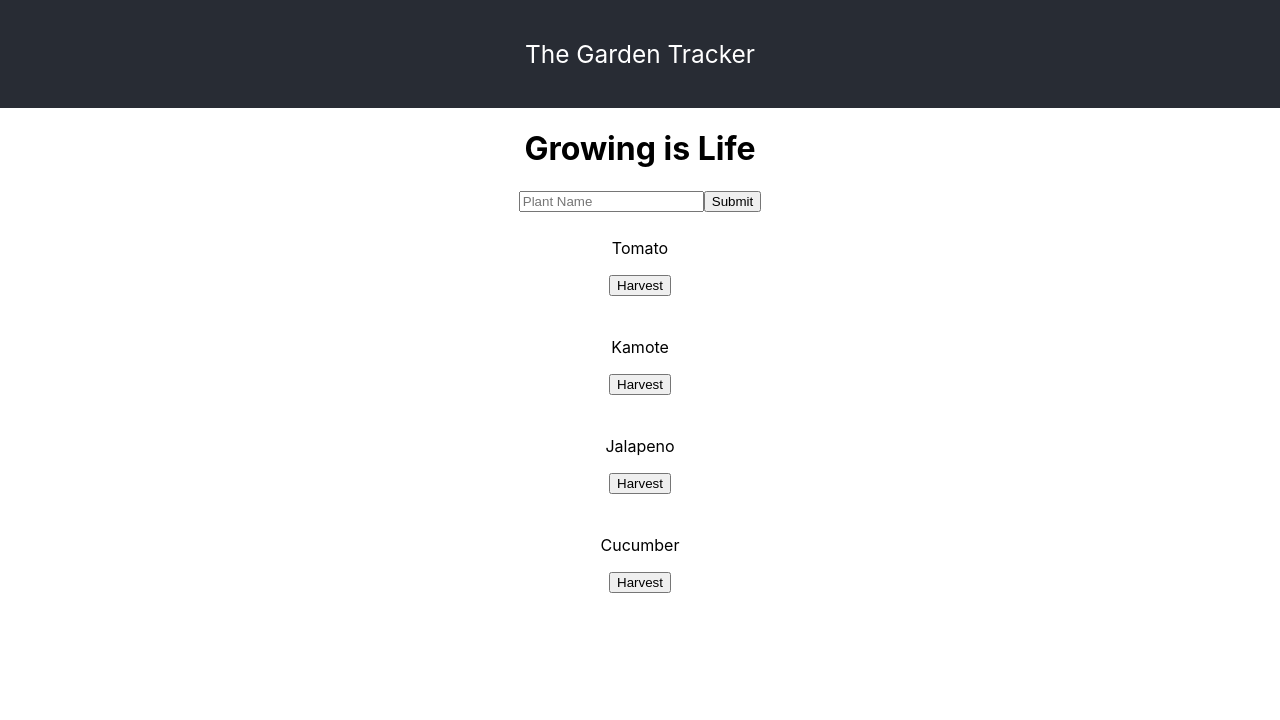
Repository: charliejp0311/gardentracker
Page: /garden
These files come from the project's save history. The page is drawn as it stood at one moment and after the next save; the edit follows.
The browser window is 1280 px wide. The pictures show the whole page.
The project was rebuilt for these pictures with package versions that can differ from the ones it lists, and the page was loaded fresh each time. Also part of the build but not shown: src/components/Harvest.js.

Above is the page before, as saved 2020-10-29 12:16:35.

### public/index.html
<!DOCTYPE html>
<html lang="en">
  <head>
    <meta charset="utf-8" />
    <link rel="icon" href="%PUBLIC_URL%/sun-svgrepo-com.svg" />
    <meta name="viewport" content="width=device-width, initial-scale=1" />
    <meta name="theme-color" content="#000000" />
    <meta
      name="description"
      content="Web site created using create-react-app"
    />
    <link rel="apple-touch-icon" href="%PUBLIC_URL%/logo192.png" />
    <!--
      manifest.json provides metadata used when your web app is installed on a
      user's mobile device or desktop. See https://developers.google.com/web/fundamentals/web-app-manifest/
    -->
    <link rel="manifest" href="%PUBLIC_URL%/manifest.json" />
    <!--
      Notice the use of %PUBLIC_URL% in the tags above.
      It will be replaced with the URL of the `public` folder during the build.
      Only files inside the `public` folder can be referenced from the HTML.

      Unlike "/favicon.ico" or "favicon.ico", "%PUBLIC_URL%/favicon.ico" will
      work correctly both with client-side routing and a non-root public URL.
      Learn how to configure a non-root public URL by running `npm run build`.
    -->
    <title>Track Your Garden</title>
  </head>
  <body>
    <noscript>You need to enable JavaScript to run this app.</noscript>
    <div id="root"></div>
    <!--
      This HTML file is a template.
      If you open it directly in the browser, you will see an empty page.

      You can add webfonts, meta tags, or analytics to this file.
      The build step will place the bundled scripts into the <body> tag.

      To begin the development, run `npm start` or `yarn start`.
      To create a production bundle, use `npm run build` or `yarn build`.
    -->
  </body>
</html>

### src/index.js
import React from 'react';
import ReactDOM from 'react-dom';
import './index.css';
import App from './App';
// import reportWebVitals from './reportWebVitals';
import reducer from './reducers/index'
import { Provider } from  'react-redux';
import { applyMiddleware, createStore } from 'redux';
// import thunk from 'redux-thunk';

let store = createStore(reducer, window.__REDUX_DEVTOOLS_EXTENSION__ && window.__REDUX_DEVTOOLS_EXTENSION__())

ReactDOM.render(
  <Provider store={store}>
    <App />
  </Provider>,
  document.getElementById('root')
);

// If you want to start measuring performance in your app, pass a function
// to log results (for example: reportWebVitals(console.log))
// or send to an analytics endpoint. Learn more: https://bit.ly/CRA-vitals
// reportWebVitals();

### src/App.js
import './App.css';
import CreateGarden from './components/CreateGarden'

function App() {
  return (
    <div className="App">
      <header className="App-header">
        The Garden Tracker
      </header>
        {/* replace with a fetch garden or send fetch garden to create garden */}
        <CreateGarden />
    </div>
  );
}

export default App;

### src/reducers/index.js
import { combineReducers } from 'redux';
import garden from './GardenReducer'

export default combineReducers({
    garden
})

### src/App.css
.App {
  text-align: center;
}

.App-logo {
  height: 40vmin;
  pointer-events: none;
}

@media (prefers-reduced-motion: no-preference) {
  .App-logo {
    animation: App-logo-spin infinite 20s linear;
  }
}

.App-header {
  background-color: #282c34;
  min-height: 15vh;
  display: flex;
  flex-direction: column;
  align-items: center;
  justify-content: center;
  font-size: calc(10px + 2vmin);
  color: white;
}

.App-link {
  color: #61dafb;
}

.garden {
  display: grid;
  grid-template-columns: auto;
  grid-template-rows: auto;
  grid-gap: 25px;
  padding-top: 10px;
  padding-bottom: 30px;
}

@keyframes App-logo-spin {
  from {
    transform: rotate(0deg);
  }
  to {
    transform: rotate(360deg);
  }
}

### src/components/CreateGarden.js
import React, {Component} from 'react';
import Garden from './Garden';


class CreateGarden extends Component{

    render(){
        return(
            <div>
                <Garden />
            </div>
        )
    };
};


export default CreateGarden;

### src/reducers/GardenReducer.js
export default function garden (state = {
    plants: [{name: 'Tomato'},{name: 'Kamote'},{name: 'Jalapeno'},{name: 'Cucumber'}],
    harvest: []
},action){
    // console.log(action)
    switch (action.type) {
        case 'ADD_PLANT':
            return {
                ...state,
                plants: state.plants.concat({name: action.plant.name})
            };

        case 'HARVEST_PLANT':
            let p = state.plants.filter(plant=>plant.id===action.id) ;
            let inTheGarden = state.plants.filter(plant=>plant!==p);

            return{
                plants: inTheGarden,
                harvest: state.harvest.concat(p)
            };

        default:
            return state;
    }
};

### src/components/Garden.js
import React, {Component} from 'react';
import CreatePlant from './CreatePlant';
import PlantList from './plantList';
import Harvest from "./Harvest";
import {connect} from 'react-redux';


class Garden extends Component{

    render(){
        // console.log(this.props)
        return(
            <div className='garden-container' >
                <h1>Growing is Life</h1>
                <CreatePlant />
                <PlantList plants={this.props.garden.plants} />
                {/* <Harvest harvest={this.state.harvest} /> */}
            </div>
        )
    }
}
const mapStateToProps=state=>{
    // console.log(state)
    return{
        garden: state.garden
    }
}


export default connect(mapStateToProps)(Garden);

### src/components/CreatePlant.js
import { Component } from "react";
import { connect } from "react-redux";

class CreatePlant extends Component {
    state = {
        name: '',
    }

    handleChange=e=>{
        this.setState({
            name: e.target.value
        })
    }

    handleSubmit=e=>{
        e.preventDefault();
        let act = this.addPlant(this.state);
        this.props.dispatch(act);
        this.setState({
            name: ''
        })

    }

    addPlant=(plant)=>{
        return({
        type: "ADD_PLANT",
        plant
        })
    };

    harvestPlant=(plant)=>{
        return{
            type: 'HARVEST_PLANT',
            plant
        }
    }
    render(){
        return(
            <form onSubmit={this.handleSubmit}>
                <input type='text' name='name' placeholder="Plant Name" onChange={this.handleChange} value={this.state.name}/>
                <input type='submit'/>
            </form>
        )
    }
}

const mapStateToProps = state => {
    return {
        plants: state.plants,
        harvest: state.harvest
    }
}

// const mapDispatchToProps= dispatch => {
//     return{
//         // addPlant: ()=>dispatch(addPlant()),
//         // harvestPlant: ()=>dispatch(harvestPlant())
//     }
// }


export default connect(mapStateToProps)(CreatePlant);

### src/components/plantList.js
// display plants with button that takes you to the individual plant
// a button to remove the plant from the garden and add to plant archive
import { Component } from "react";
import Plant from './Plant'

class PlantList extends Component{
    render(){
        console.log(this.props)
        const {plants} = this.props
        let showPlants = plants.map(plant=>{
            return(
                <Plant plant={plant} />
            )
        });
        return(
            <div className='garden'>
                {showPlants}
            </div>
        )
    }
}

export default PlantList;

### src/components/Plant.js
import { Component } from "react";

class Plant extends Component{

    render(){
        return(
            <div className='plant'>
                <p>{this.props.plant.name}</p>
                <button>Harvest</button>
            </div>
        )
    }
}

export default Plant;

Loaded but not shown: src/index.css (common file)

After the next save:
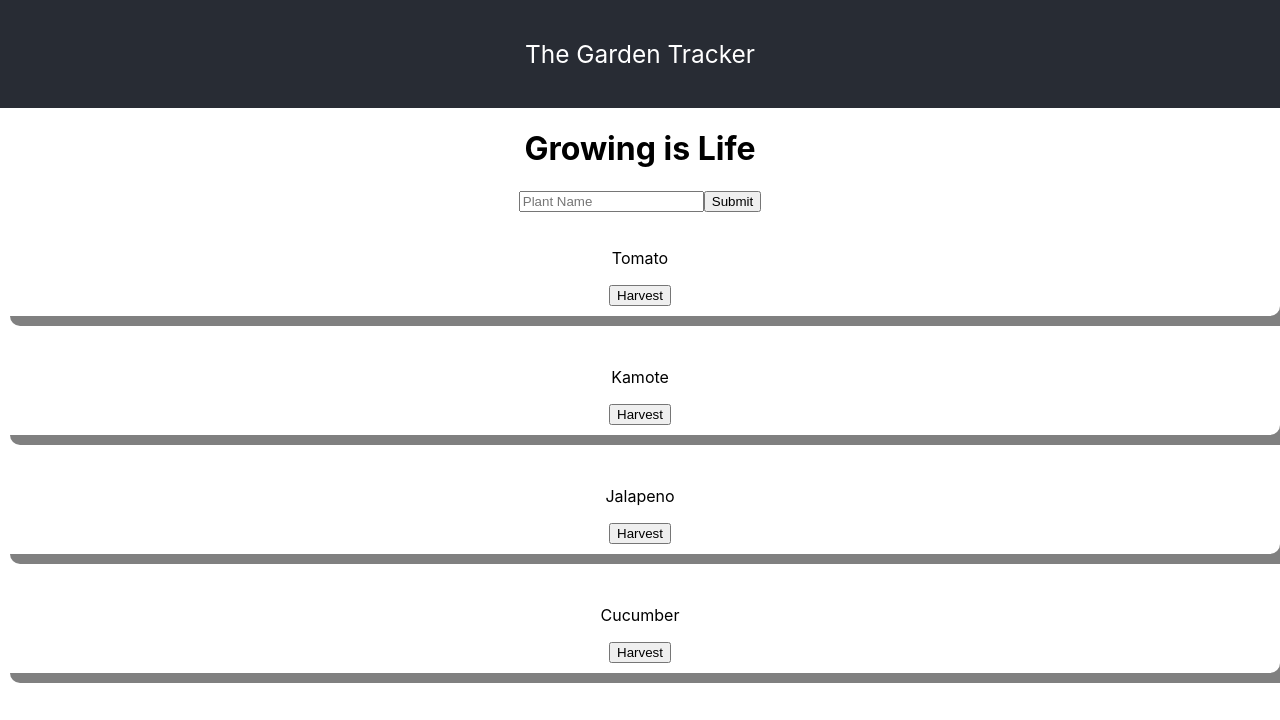
Saved 55 s later.
--- a/src/App.css
+++ b/src/App.css
@@ -37,6 +37,14 @@
   padding-bottom: 30px;
 }
 
+.plant {
+  height: auto;
+  width: auto;
+  box-shadow: 10px 10px grey;
+  padding: 10px;
+  border-radius: 10px;
+}
+
 @keyframes App-logo-spin {
   from {
     transform: rotate(0deg);
